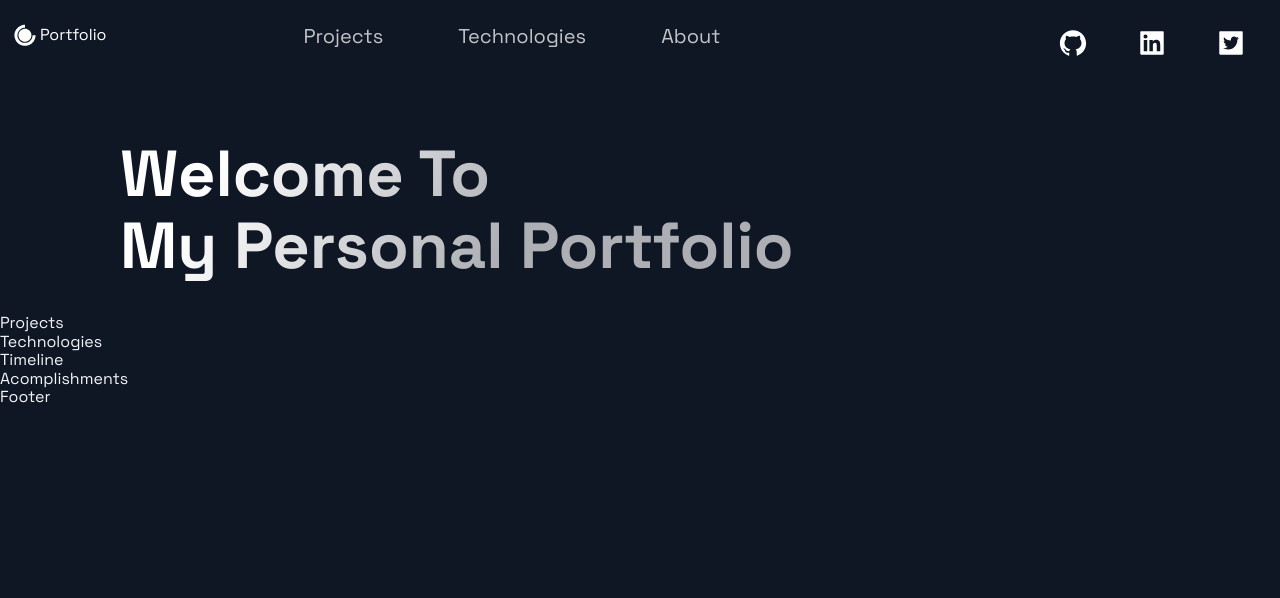
Repository: remydev47/portfolio2.0
Page: /
These files come from the project's save history. The page is drawn as it stood at one moment and after the next save; the edit follows.
The browser window is 1280 px wide. The pictures show the whole page.
The project was rebuilt for these pictures with package versions that can differ from the ones it lists, and the page was loaded fresh each time. The framework's server and built-in components were replaced by stand-ins that run in the browser. Also part of the build but not shown: next.config.js, src/components/BackgrooundAnimation/BackgroundAnimation.js, src/styles/GlobalComponents/Button.js. Imported but missing from the stored project, and not drawn on this page: src/constants/constants.

Above is the page before, as saved 2022-04-28 20:48:06.

### src/components/Hero/Hero.js
import React from 'react';

import { Section, SectionText, SectionTitle } from '../../styles/GlobalComponents';
import Button from '../../styles/GlobalComponents/Button';
import { LeftSection } from './HeroStyles';

const Hero = (props) => (
 <Section row nopadding>
   <LeftSection>
     <SectionTitle main center>
      {/* Hello i do development services*/}
       Welcome To<br/>
       My Personal Portfolio
     </SectionTitle>
   </LeftSection>
 </Section>
);

export default Hero;

### src/components/TimeLine/TimeLine.js
import React, { useState, useRef, useEffect } from 'react';

import { CarouselButton, CarouselButtonDot, CarouselButtons, CarouselContainer, CarouselItem, CarouselItemImg, CarouselItemText, CarouselItemTitle, CarouselMobileScrollNode } from './TimeLineStyles';
import { Section, SectionDivider, SectionText, SectionTitle } from '../../styles/GlobalComponents';
import { TimeLineData } from '../../constants/constants';

const TOTAL_CAROUSEL_COUNT = TimeLineData.length;

const Timeline = () => {
  // const [activeItem, setActiveItem] = useState(0);
  // const carouselRef = useRef();

  // const scroll = (node, left) => {
  //   return node.scrollTo({ left, behavior: 'smooth' });
  // }

  // const handleClick = (e, i) => {
  //   e.preventDefault();

  //   if (carouselRef.current) {
  //     const scrollLeft = Math.floor(carouselRef.current.scrollWidth * 0.7 * (i / TimeLineData.length));

  //     scroll(carouselRef.current, scrollLeft);
  //   }
  // }

  // const handleScroll = () => {
  //   if (carouselRef.current) {
  //     const index = Math.round((carouselRef.current.scrollLeft / (carouselRef.current.scrollWidth * 0.7)) * TimeLineData.length);

  //     setActiveItem(index);
  //   }
  // }

  // // snap back to beginning of scroll when window is resized
  // // avoids a bug where content is covered up if coming from smaller screen
  // useEffect(() => {
  //   const handleResize = () => {
  //     scroll(carouselRef.current, 0);
  //   }

  //   window.addEventListener('resize', handleResize);
  // }, []);

  return (
    <div>
      Timeline
    </div>
  );
};

export default Timeline;

### src/styles/globals.js
import { createGlobalStyle } from 'styled-components';
import { normalize } from 'styled-normalize';

const GlobalStyles = createGlobalStyle`
  ${normalize};

  * {
    box-sizing: border-box;
    margin: 0;
    padding: 0;
  }
  html {
    font-size: 62.5%;
    scroll-behavior: smooth;

  }
  body {
    font-family: ${props => props.theme.fonts.main};
    font-size: 1.6rem;
    background: ${props => props.theme.colors.background1};
    color: ${props => props.theme.colors.primary1};
    cursor: default;

  }
  h1,h2,h3,h4,h5,h6,button {
    font-family: ${props => props.theme.fonts.title};
  }
  a {
    text-decoration: none;
  }
  li{
    list-style: none;
  }

`;

export default GlobalStyles;

### src/components/Acomplishments/AcomplishmentsStyles.js
import styled from "styled-components"

export const Boxes = styled.div`
  width: 100%;
  display: grid;
  grid-template-columns: repeat(4, 1fr);
  gap: 24px;
  margin: 24px 0 40px;

  @media ${props => props.theme.breakpoints.md}{
    gap: 16px;
    margin: 20px 0 32px;
    grid-template-columns: repeat(auto-fit, minmax(140px, 1fr));
  }

  @media ${props => props.theme.breakpoints.sm}{
    display: grid;
    grid-template-columns: repeat(2, 1fr);
    gap: 10px;
    max-width: 500px;
    margin: 24px auto;
  }
`

export const Box = styled.div`
  background: #212D45;
  border-radius: 12px;
  height: 144px;
  padding: 24px;
  @media ${props => props.theme.breakpoints.lg} {
    height: 210px;

  }

  @media ${props => props.theme.breakpoints.md} {
    height: 135px;
    padding: 16px;
  }

  @media ${props => props.theme.breakpoints.sm} {
    height: 110px;
    padding: 12px;

    &:nth-child(2n){
      grid-row:2;
    }
  }
`
export const BoxNum = styled.h5`
  font-style: normal;
  font-weight: 600;
  font-size: 36px;
  line-height: 40px;
  letter-spacing: 0.01em;
  color: #FFFFFF;
  margin-bottom: 8px;

  @media ${props => props.theme.breakpoints.md} {
    font-size: 28px;
    line-height: 32px;
  }
  @media ${props => props.theme.breakpoints.sm} {
    font-size: 24px;
    line-height: 26px;
}
`

export const BoxText = styled.p`
  font-style: normal;
  font-weight: normal;
  font-size: 18px;
  line-height: 24px;
  letter-spacing: 0.02em;
  color: rgba(255, 255, 255, 0.75);

  @media ${props => props.theme.breakpoints.md}{
    font-size: 16px;
    line-height: 20px;
  };

  @media ${props => props.theme.breakpoints.sm} {
    font-size: 10px;
    line-height: 14px;
  }
`

export const Join = styled.div`
  display: flex;
  max-width: 1040px;
  justify-content: center;
  align-items: center;
  padding-bottom: 80px;

  @media ${props => props.theme.breakpoints.md}{
    display: flex;
    justify-content: center;
    padding-bottom: 64px;
  }

  @media ${props => props.theme.breakpoints.sm}{
    display: flex;
    flex-direction: column;
    align-items: center;
    padding-bottom: 32px;
  }
`

export const JoinText = styled.h5`
  display: flex;
  font-size: 24px;
  line-height: 40px;
  letter-spacing: 0.02em;
  color: rgba(255, 255, 255, 0.5);

@media ${props => props.theme.breakpoints.md}{
  line-height: 32px;
  font-size: 20px;
};

@media ${props => props.theme.breakpoints.sm}{
  font-size: 16px;
  line-height: 24px;
  margin: 0 0 16px;
}
`

export const IconContainer = styled.div`
  display: flex;

  @media ${props => props.theme.breakpoints.sm}{
    width: 160px;
    justify-content: space-between;
  }
`

### src/components/Projects/ProjectsStyles.js
import styled from 'styled-components';

export const Img = styled.img`
  width:100%;
  height:100%;
  object-fit: cover;
  overflow: hidden;
`

export const GridContainer = styled.section`
display: grid;
grid-template-columns: repeat(auto-fill, minmax(400px, 1fr));
padding: 3rem;
place-items: center;
column-gap: 2rem;
row-gap: 3rem;
@media ${(props) => props.theme.breakpoints.sm} {
  display: flex;
  flex-direction: column;
  padding: 2rem;
  padding-bottom: 0;
}

`
export const BlogCard = styled.div`
  border-radius: 10px;
  box-shadow: 3px 3px 20px rgba(80, 78, 78, 0.5);
  text-align: center;
  width: 400px;
  @media ${(props) => props.theme.breakpoints.sm} {
    width: 100%;
  }
`;
export const TitleContent = styled.div`
  text-align: center;
  z-index: 20;
  width: 100%;

`;


export const HeaderThree = styled.h3`
  font-weight: 500;
  letter-spacing: 2px;
  color: #9cc9e3;
  padding: .5rem 0;
  font-size: ${(props) => props.title ? '3rem' : '2rem'};
`;

export const Hr = styled.hr`
  width: 50px;
  height: 3px;
  margin: 20px auto;
  border: 0;
  background: #d0bb57;
`;

export const Intro = styled.div`
  width: 170px;
  margin: 0 auto;
  color: #dce3e7;
  font-family: 'Droid Serif', serif;
  font-size: 13px;
  font-style: italic;
  line-height: 18px;
`;


export const CardInfo = styled.p`
  width: 100%;
  padding: 0 50px;
  color: #e4e6e7;
  font-style: 2rem;
  line-height: 24px;
  text-align: justify;
  @media ${(props) => props.theme.breakpoints.sm} {
    padding:.3rem

}
`;


export const UtilityList = styled.ul`
  list-style-type: none;
  padding: 0;
  display: flex;
  justify-content: space-around;
  margin: 2.5rem 0;
`;

export const ExternalLinks = styled.a`
color:#d4c0c0;
font-size: 1.6rem;
padding:1rem 1.5rem;
background: #6b3030;
border-radius: 15px;
transition: 0.5s;
&:hover{
  background: #801414;

}
`;

export const TagList = styled.ul`
display: flex;
justify-content: space-around;
padding: 2rem;
`
export const Tag = styled.li`
color: #d8bfbf;
font-size: 1.5rem;
`

### src/components/Technologies/TechnologiesStyles.js
import styled from 'styled-components'

export const ImageContainer = styled.div`
  text-align: center;
  background-image: radial-gradient(50% 50% at 50% 50%, rgba(79, 108, 176, 0.25) 53.8%, rgba(79, 108, 176, 0) 100%);
  width: 100%;
  padding: 60px;
  margin-top: 48px;
  display: flex;
  flex-direction: column;
  align-items: center;
  justify-content: center;

  @media ${props => props.theme.breakpoints.lg} {
    background-image: none;
    padding: 0;
    margin-top: 40px;
  }
  @media ${props => props.theme.breakpoints.md} {
    background-image: none;
    padding: 0;
    margin-top: 16px;
  }
`

export const MainImage = styled.img`
  width: 100%;
`

export const List = styled.ul`
  list-style-type: none;
  display: grid;
  grid-template-columns: repeat(3, 1fr);
  gap: 40px;
  margin: 3rem 0;

  @media ${props => props.theme.breakpoints.lg}{
    margin: 64px 0;
  }

  @media ${props => props.theme.breakpoints.md}{
    margin: 64px 0;
    gap: 24px
  }

  @media ${props => props.theme.breakpoints.sm}{
    display: flex;
    flex-direction: column;
    margin: 32px 0;
  }
`

export const ListContainer = styled.div`
  display: flex;
  flex-direction: column;

  @media ${props => props.theme.breakpoints.sm}{
    display: flex;
    margin-left: 18px;
  }
`

export const ListTitle = styled.h4`
  font-weight: 700;
  font-size: 28px;
  line-height: 32px;
  letter-spacing: 0.02em;
  color: #FFFFFF;
  margin-bottom: 8px;

@media ${props => props.theme.breakpoints.md}{
  font-size: 24px;
  line-height: 28px;
}

@media ${props => props.theme.breakpoints.sm}{
  font-size: 20px;
  line-height: 28px;
  letter-spacing: 0.02em;
  margin-bottom: 4px;
}
`

export const ListParagraph = styled.p`
  font-size: 18px;
  line-height: 30px;
  color: rgba(255, 255, 255, 0.75);

  @media ${props => props.theme.breakpoints.md}{
    font-size: 16px;
    line-height: 28px;
  }

  @media ${props => props.theme.breakpoints.sm}{
    font-size: 14px;
    line-height: 22px;
  }
`

export const ListItem = styled.li`
  max-width: 320px;
  display: flex;
  flex-direction: column;

@media ${props => props.theme.breakpoints.md}{
  max-width: 203px;
}

@media ${props => props.theme.breakpoints.sm}{
  margin-bottom: 14px;
  max-width: 320px;
  flex-direction: row;
}
`

export const ListIcon = styled.img`
  display: block;
  width: 48px;
  height: 48px;
  margin-bottom: 10px;

  @media ${props => props.theme.breakpoints.md}{
    width: 40px;
    height: 40px;
    margin-bottom: 8px;
  }

  @media ${props => props.theme.breakpoints.sm}{
    width: 32px;
    height: 32px;
    margin-bottom: 0px;
  }
`

### src/components/TimeLine/TimeLineStyles.js

import styled from 'styled-components'

export const CarouselContainer = styled.ul`
  max-width: 1040px;
  background: #0F1624;
  padding: 0rem;
  list-style:none;
  display: flex;
  justify-content: space-between;
  /* overflow-x: hidden; */

  margin-left: 32px;
  &:first-of-type{
    margin-left: 0px;
  }

  margin-bottom: 80px;

  //remove scrollbar
  scrollbar-width: none;
   &::-webkit-scrollbar {
     display: none;
   }

  @media ${props => props.theme.breakpoints.sm} {
    overflow-x: scroll;
    -webkit-overflow-scrolling: touch;
    scroll-snap-type: x mandatory;
    touch-action: pan-x;
    justify-content: initial;
    margin-bottom: 8px;
  }
`
export const CarouselMobileScrollNode = styled.div`
  @media ${props => props.theme.breakpoints.sm} {
    display: flex;
    min-width: ${({ final }) => final ? `120%;` : `min-content`}
  }
`

export const CarouselItem = styled.div`
  background: #0F1624;
  border-radius: 3px;
  max-width: 196px;

  @media ${props => props.theme.breakpoints.md} {
    max-width: 124px;
  }

  @media ${props => props.theme.breakpoints.sm} {
    margin-left: 32px;
    min-width: 120px;
    background: #0E131F;
    padding: 4px;
    align-content: start;
    scroll-snap-align: start;
    border-radius: 3px;
    overflow: visible;
    position: relative;
    height: fit-content;

    ${(props) => props.active === props.index ? `opacity: 1` : `opacity: 0.5`};
  }
`

export const CarouselItemTitle = styled.h4`
  font-weight: bold;
  font-size: 24px;
  line-height: 32px;
  letter-spacing: 0.02em;
  display: flex;
  /* This gradient is different due to the size of the Title container, it must transition sooner to be visible on the text */
  background: linear-gradient(121.57deg, #FFFFFF 10%, rgba(255, 255, 255, 0.66) 30.15%);
  -webkit-background-clip: text;
  -webkit-text-fill-color: transparent;
  margin-bottom: 8px;

  @media ${props => props.theme.breakpoints.md} {
    font-size: 20px;
    line-height: 28px;
    margin-bottom: 4px;
  }

  @media ${props => props.theme.breakpoints.sm} {
    font-size: 16px;
    line-height: 24px;
  }
`
export const CarouselItemImg = styled.svg`
  margin-left: 21px;
  -webkit-mask-image: linear-gradient(to right, rgba(0,0,0,1), rgba(0,0,0,0));
  width: 100%;

  @media ${props => props.theme.breakpoints.sm} {
    -webkit-mask-image: none;
    margin-left: 16px;
    overflow: visible;
  }
`

export const CarouselItemText = styled.p`
  font-size: 14px;
  line-height: 22px;
  letter-spacing: 0.02em;
  color: rgba(255, 255, 255, 0.75);
  padding-right: 16px;

  @media ${props => props.theme.breakpoints.md} {
    font-size: 12px;
    line-height: 18px;
    padding-right: 32px;
  }
  @media ${props => props.theme.breakpoints.sm} {
    font-size: 10px;
    line-height: 16px;
    padding-right: 0;
  }
`
export const CarouselButtons = styled.div`
  width: 288px;

  display: none;
  visibility: hidden;

  @media ${props => props.theme.breakpoints.sm} {
    display: flex;
    visibility: visible;
    margin-bottom: 48px;
  }
`

export const CarouselButton = styled.button`
  box-sizing: border-box;
  background: none;
  padding: 4px;
  border: none;
  cursor: pointer;
  margin-right: 4px;
  opacity: ${(props) => props.active === props.index ? `1` : `.33`};
  transform: ${(props) => props.active === props.index ? `scale(1.6)` : `scale(1)`};

  &:focus {
    outline: none;
  }
`

export const CarouselButtonDot = styled.div`
  background-color: white;
  border-radius: 10px;
  margin: auto;
  width: 3px;
  height: 3px;
`

### src/components/Header/Header.js
import Link from 'next/link';
import React from 'react';
import { AiFillGithub, AiFillInstagram, AiFillLinkedin, AiFillTwitterSquare } from 'react-icons/ai';
import { DiCssdeck } from 'react-icons/di';

import { Container, Div1, Div2, Div3, NavLink, SocialIcons, Span } from './HeaderStyles';

const Header = () =>  (
  <Container>
    <Div1>
      <Link href="/">
        <a style={{ display: "flex", alignItems:"center" , color:"white",  marginBottom:"20px" }}>
          <DiCssdeck size="3rem"/><Span>Portfolio</Span>
        </a>
      </Link>
    </Div1>
    <Div2>
      <l1>
        <Link href="#projects">
          <NavLink>Projects</NavLink>
        </Link>
      </l1>
      <l1>
        <Link href="#tech">
          <NavLink>Technologies</NavLink>
        </Link>
      </l1>
      <l1>
        <Link href="#about">
          <NavLink>About</NavLink>
        </Link>
      </l1>
    </Div2>
    <Div3>
      <SocialIcons href="https://github.com">
        <AiFillGithub size="3rem"/>
      </SocialIcons>
      <SocialIcons href="https://linkedin.com">
        <AiFillLinkedin size="3rem"/>
      </SocialIcons>
      <SocialIcons href="https://twitter.com">
        <AiFillTwitterSquare size="3rem"/>
      </SocialIcons>
    </Div3>
  </Container>
);

export default Header;

### src/components/Header/HeaderStyles.js
import { IoIosArrowDropdown } from 'react-icons/io';
import styled from 'styled-components';

export const Container = styled.div`
  display: grid;
  grid-template-columns: repeat(5, 1fr);
  grid-template-rows: 1fr;
  grid-column-gap: 2rem;
  padding: 1rem;
  padding-top: 2rem;

  @media ${(props) => props.theme.breakpoints.sm} {
    display: grid;
    grid-template-columns: repeat(5, 1fr);
    grid-template-rows: repeat(2, 60px);
    grid-column-gap: 0.5rem;
    grid-row-gap: 0.5rem;
  }
`;

export const Span = styled.span`
  fontsize: 2rem
`;

export const Div1 = styled.div`
  grid-area: 1 / 1 / 2 / 2;
  display: flex;
  flex-direction: row;
  align-content: center;
  @media ${(props) => props.theme.breakpoints.sm} {
    grid-area: 1 / 1 / 2 / 3;
  }
`;
export const Div2 = styled.div`
  grid-area: 1 / 2 / 2 / 4;
  display: flex;
  justify-content: space-around;
  @media ${(props) => props.theme.breakpoints.sm} {
    grid-area: 2 / 2 / 3 / 5;
  }
`;
export const Div3 = styled.div`
  grid-area: 1 / 5 / 2 / 6;
  display: flex;
  justify-content: space-around;
  align-items: center;
  @media ${(props) => props.theme.breakpoints.sm} {
    align-items: center;
    grid-area: 1 / 4 / 2 / 6;
  }
`;

// Navigation Links
export const NavLink = styled.a`
  font-size: 2rem;
  line-height: 32px;
  color: rgba(255, 255, 255, 0.75);
  transition: 0.4s ease;
  &:hover {
    color: #fff;
    opacity: 1;
    cursor: pointer;
  }
  @media ${(props) => props.theme.breakpoints.sm} {
    padding: 0.5rem;
  }
`;

/// DropDown Contact
export const ContactDropDown = styled.button`
  border: none;
  display: flex;
  position: relative;
  background: none;
  font-size: 1.7rem;

  line-height: 32px;
  color: rgba(255, 255, 255, 0.75);
  cursor: pointer;
  transition: 0.3s ease;

  &:focus {
    outline: none;
  }
  &:hover {
    color: #fff;
  }

  @media ${(props) => props.theme.breakpoints.sm} {
    padding: 0.4rem 0;
  }
  @media ${(props) => props.theme.breakpoints.md} {
    padding: 0;
  }
`;

export const NavProductsIcon = styled(IoIosArrowDropdown)`
  margin-left: 8px;
  display: flex;
  align-self: center;
  transition: 0.3s ease;
  opacity: ${({ isOpen }) => (isOpen ? '1' : '.75')};
  transform: ${({ isOpen }) => (isOpen ? 'scaleY(-1)' : 'scaleY(1)')};

  &:hover {
    opacity: 1;
  }

  @media ${(props) => props.theme.breakpoints.sm} {
    margin: 2px 0 0 2px;
    width: 15px;
  }
`;


// Social Icons

export const SocialIcons = styled.a`
transition: 0.3s ease;
color: white;
border-radius: 50px;
  padding: 8px;
&:hover {
    background-color: #212d45;
    transform: scale(1.2);
    cursor: pointer;

  }
`

### src/components/Footer/FooterStyles.js
import styled from "styled-components"

export const FooterWrapper = styled.section`
	width: calc(100vw - 96px);
  max-width: 1040px;
  padding: 2rem 48px 40px;
  margin: 1rem auto;
  box-sizing: content-box;


  @media ${props => props.theme.breakpoints.sm} {
    padding: 0 16px 48px;
    width: calc(100vw - 32px);
  }
`

export const LinkItem = styled.a`
	font-size: 18px;
	line-height: 30px;
	color: rgba(255, 255, 255, 0.75);
	margin-bottom: 16px;
	transition: .3s ease;
	position: relative;
	left: 0;

	&:hover {
		color: #fff;
		left: 6px;
	}

	@media ${props => props.theme.breakpoints.md} {
		font-size: 16px;
		line-height: 28px;
		display: flex;
	}

	@media ${props => props.theme.breakpoints.sm} {
		font-size: 8px;
		line-height: 14px;
		margin-bottom: 8px;
		display: flex;
		align-items: center;
	}
`

export const SocialIconsContainer = styled.div`
max-width: 1040px;
display: flex;
justify-content: space-between;

@media ${props => props.theme.breakpoints.md}{
  display: flex;
  justify-content: space-between;
}

@media ${props => props.theme.breakpoints.sm}{
  display: flex;
	width: 100%;
  flex-direction: column;
}
`

export const CompanyContainer = styled.div`
  display: flex;
	align-items:baseline;
	flex-wrap: wrap;
	margin-right: auto;


	@media ${props => props.theme.breakpoints.md}{
		flex-direction: column;
		align-items: baseline;
	}

	@media ${props => props.theme.breakpoints.sm}{
		display: flex;
		flex-direction: column;
		margin: 0 0 32px;
		align-items: center;
	}
`


export const Slogan = styled.p`
	color: rgba(255, 255, 255, 0.5);
	min-width: 280px;
	letter-spacing: 0.02em;
	font-size: 18px;
	line-height: 30px;
	padding: 1rem;

	@media ${props => props.theme.breakpoints.md}{
		font-size: 16px;
		line-height: 28px;
	}

	@media ${props => props.theme.breakpoints.sm}{
		line-height: 22px;
		font-size: 14px;
		min-width: 100px;
	}
`

export const SocialContainer = styled.div`
	display: flex;
  align-items: center;

	@media ${props => props.theme.breakpoints.md}{
		justify-content: center;
		padding-right: 16px;
		flex-wrap: wrap;
	}
`


export const LinkList = styled.ul`
	border-top: 1px solid rgba(255, 255, 255, 0.1);
  display: grid;
	grid-template-columns: repeat(3, minmax(85px, 220px));
	gap: 40px;
  padding: 40px 0 28px;

	@media ${props => props.theme.breakpoints.lg} {
		padding: 32px 0 16px;
	}

	@media ${props => props.theme.breakpoints.md} {
		width: 100%;
		padding: 32px 0 16px;
		gap: 16px;
	}
	@media ${props => props.theme.breakpoints.sm} {
		width: 100%;
		padding: 32px 4px 16px;
		gap: 5px;
	}
`

export const LinkColumn = styled.div`
	display: flex;
	flex-direction: column;
	max-width: 220px;
	width: 100%;
`
export const LinkTitle = styled.h4`
	font-style: normal;
	font-weight: 600;
	font-size: 12px;
	line-height: 24px;
	text-transform: uppercase;
	color: rgba(255, 255, 255, 0.4);
	margin-bottom: 16px;

	@media ${props => props.theme.breakpoints.sm} {
		font-size: 10px;
		line-height: 12px;
		margin-bottom: 8px;
	}
`

Loaded but not shown: src/pages/_app.js (common file); src/pages/_document.js (common file); src/pages/index.js (common file); src/styles/theme.js (common file); src/components/Acomplishments/Acomplishments.js (common file); src/components/Projects/Projects.js (common file); src/components/Technologies/Technologies.js (common file); src/layout/Layout.js (common file); src/themes/default.js (common file); src/components/Hero/HeroStyles.js (common file); src/components/Footer/Footer.js (common file); src/layout/LayoutStyles.js (common file); src/styles/GlobalComponents/index.js (281 lines, source omitted)

After the next save:
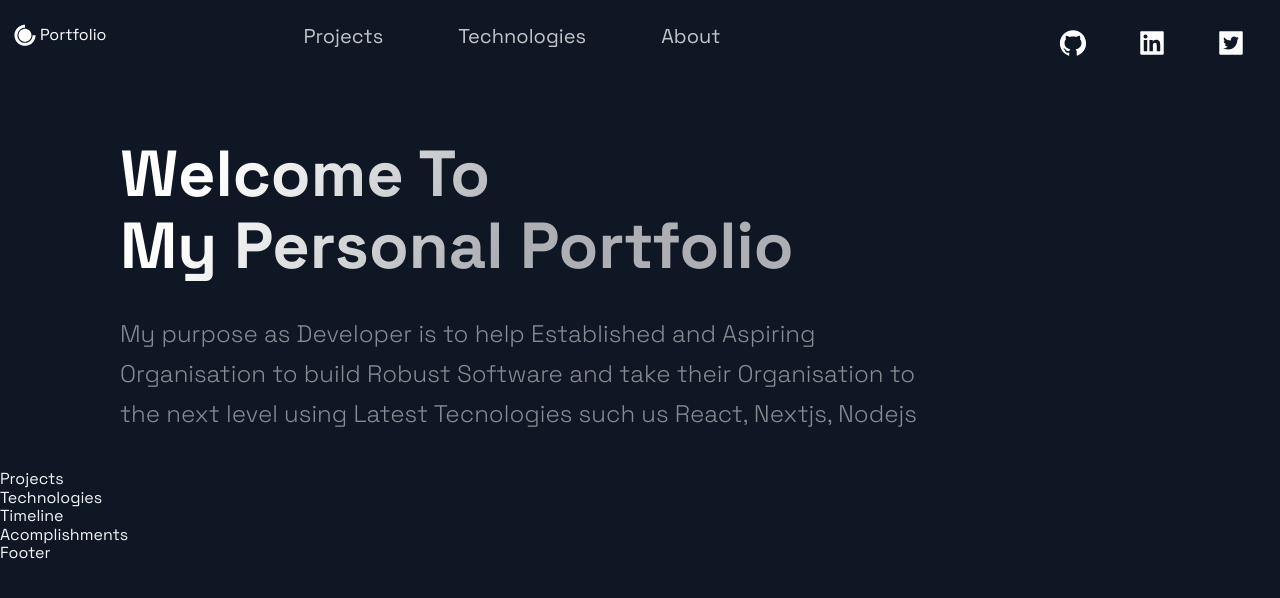
Saved 7 min 30 s later.
--- a/src/components/Hero/Hero.js
+++ b/src/components/Hero/Hero.js
@@ -12,6 +12,9 @@ const Hero = (props) => (
        Welcome To<br/>
        My Personal Portfolio
      </SectionTitle>
+     <SectionText>
+       My purpose as Developer is to help Established and Aspiring Organisation to build Robust Software and take their Organisation to the next level using Latest Tecnologies such us React, Nextjs, Nodejs
+     </SectionText>
    </LeftSection>
  </Section>
 );
